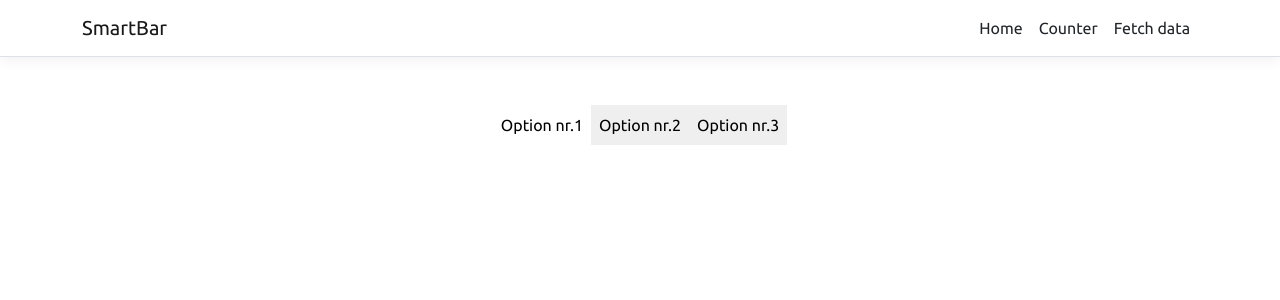
Repository: dropauteriai/SmartBarFrontEnd
Page: /
These files come from the project's save history. The page is drawn as it stood at one moment and after a run of saves; the edit follows.
The browser window is 1280 px wide. The pictures show the whole page.
The page's requests for data from a server got no answer. The project was rebuilt for these pictures with package versions that can differ from the ones it lists, and the page was loaded fresh each time. No one was signed in, and anything a server would have sent is missing. Also part of the build but not shown: src/components/Counter.js, src/components/FetchData.js, src/components/Card.js, src/components/SideBar.js.

Above is the page before, as saved 2023-02-14 05:48:03.

### public/index.html
<!DOCTYPE html>
<html lang="en">
  <head>
    <meta charset="utf-8" />
    <meta
      name="viewport"
      content="width=device-width, initial-scale=1, shrink-to-fit=no"
    />
    <meta name="theme-color" content="#000000" />
    <base href="%PUBLIC_URL%/" />
    <!--
      manifest.json provides metadata used when your web app is added to the
      homescreen on Android. See https://developers.google.com/web/fundamentals/engage-and-retain/web-app-manifest/
    -->
    <link rel="manifest" href="%PUBLIC_URL%/manifest.json" />
    <link rel="shortcut icon" href="%PUBLIC_URL%/favicon.ico" />
    <link
      href="https://fonts.googleapis.com/css2?family=Ubuntu:ital,wght@0,300;0,400;0,500;0,700;1,300;1,400;1,500;1,700&display=swap"
      rel="stylesheet"
    />

    <!--
      Notice the use of %PUBLIC_URL% in the tags above.
      It will be replaced with the URL of the `public` folder during the build.
      Only files inside the `public` folder can be referenced from the HTML.

      Unlike "/favicon.ico" or "favicon.ico", "%PUBLIC_URL%/favicon.ico" will
      work correctly both with client-side routing and a non-root public URL.
      Learn how to configure a non-root public URL by running `npm run build`.
    -->
    <link
      rel="stylesheet"
      href="https://cdnjs.cloudflare.com/ajax/libs/font-awesome/6.2.1/css/all.min.css"
      integrity="sha512-MV7K8+y+gLIBoVD59lQIYicR65iaqukzvf/nwasF0nqhPay5w/9lJmVM2hMDcnK1OnMGCdVK+iQrJ7lzPJQd1w=="
      crossorigin="anonymous"
      referrerpolicy="no-referrer"
    />
    <title>SmartBar</title>
  </head>
  <body>
    <noscript> You need to enable JavaScript to run this app. </noscript>
    <div id="root"></div>
    <!--
      This HTML file is a template.
      If you open it directly in the browser, you will see an empty page.

      You can add webfonts, meta tags, or analytics to this file.
      The build step will place the bundled scripts into the <body> tag.

      To begin the development, run `npm start` or `yarn start`.
      To create a production bundle, use `npm run build` or `yarn build`.
    -->
  </body>
</html>

### src/index.js
import 'bootstrap/dist/css/bootstrap.css';
import React from 'react';
import { createRoot } from 'react-dom/client';
import { BrowserRouter } from 'react-router-dom';
import App from './App';
//import * as serviceWorkerRegistration from './serviceWorkerRegistration';
import reportWebVitals from './reportWebVitals';

const baseUrl = document.getElementsByTagName('base')[0].getAttribute('href');
const rootElement = document.getElementById('root');
const root = createRoot(rootElement);

root.render(
  <BrowserRouter basename={baseUrl}>
    <App />
  </BrowserRouter>);

// If you want your app to work offline and load faster, you can change
// unregister() to register() below. Note this comes with some pitfalls.
// Learn more about service workers: https://cra.link/PWA
//serviceWorkerRegistration.unregister();

// If you want to start measuring performance in your app, pass a function
// to log results (for example: reportWebVitals(console.log))
// or send to an analytics endpoint. Learn more: https://bit.ly/CRA-vitals
reportWebVitals();

### src/App.js
import React, { Component } from 'react';
import { Route, Routes } from 'react-router-dom';
import AppRoutes from './AppRoutes';
import { Layout } from './components/Layout';
import './custom.css';
import './css/bootstrap.css';

export default class App extends Component {
  static displayName = App.name;

  render() {
    return (
      <Layout>
        <Routes>
          {AppRoutes.map((route, index) => {
            const { element, ...rest } = route;
            return <Route key={index} {...rest} element={element} />;
          })}
        </Routes>
      </Layout>
    );
  }
}

### src/custom.css
/* Provide sufficient contrast against white background */
* {
  font-family: "Ubuntu", sans-serif;
}

### src/components/Home.js
import React, { Component } from "react";
import { Container, Col } from "react-bootstrap";
import Card from "./Card.js";
import SideBar from "./SideBar.js";
import Row from "react-bootstrap/Row";
import Popup from "./Popup.js";

export class Home extends Component {
  static displayName = Home.name;

  constructor(props) {
    super(props);
    this.state = { tables: [], loading: true };
  }

  componentDidMount() {
    this.populateTableData();
  }

  static renderTableList(tables) {
    return (
      <Row xs={1} md={2}>
        {tables.map((table, index, tables) => {
          <Card name={table.name} id={table.id} />;
        })}
      </Row>
    );
  }
  render() {
    // let contents = this.state.loading ? (
    //   <p>
    //     <em>Loading...</em>
    //   </p>
    // ) : (
    //   (contents = this.renderTableList(this.state.tables))
    // );
    let contents;
    if (this.state.loading) {
      contents = (
        <p>
          <em>Loading...</em>
        </p>
      );
    } else {
      contents = Home.renderTableList(this.state.tables);
      console.log(contents);
    }

    return (
      <div className="row p-4">
        {this.state.tables.map((table, index) => (
          <Card name={table.name} />
        ))}
        <Popup/>
      </div>
    );
  }

  async populateTableData() {
    const response = await fetch("https://localhost:5001/Table");
    const data = await response.json();
    this.setState({ tables: data, loading: false });
  }
}

### src/components/NavMenu.js
import React, { Component } from 'react';
import { Collapse, Navbar, NavbarBrand, NavbarToggler, NavItem, NavLink } from 'reactstrap';
import { Link } from 'react-router-dom';
import './NavMenu.css';

export class NavMenu extends Component {
  static displayName = NavMenu.name;

  constructor (props) {
    super(props);

    this.toggleNavbar = this.toggleNavbar.bind(this);
    this.state = {
      collapsed: true
    };
  }

  toggleNavbar () {
    this.setState({
      collapsed: !this.state.collapsed
    });
  }

  render() {
    return (
      <header>
        <Navbar className="navbar-expand-sm navbar-toggleable-sm ng-white border-bottom box-shadow mb-3" container light>
          <NavbarBrand tag={Link} to="/">SmartBar</NavbarBrand>
          <NavbarToggler onClick={this.toggleNavbar} className="mr-2" />
          <Collapse className="d-sm-inline-flex flex-sm-row-reverse" isOpen={!this.state.collapsed} navbar>
            <ul className="navbar-nav flex-grow">
              <NavItem>
                <NavLink tag={Link} className="text-dark" to="/">Home</NavLink>
              </NavItem>
              <NavItem>
                <NavLink tag={Link} className="text-dark" to="/counter">Counter</NavLink>
              </NavItem>
              <NavItem>
                <NavLink tag={Link} className="text-dark" to="/fetch-data">Fetch data</NavLink>
              </NavItem>
            </ul>
          </Collapse>
        </Navbar>
      </header>
    );
  }
}

### src/components/Popup.js
import React from 'react';

export default function Popup () {
    return (
        <div className="d-inline-flex p-2 align-items-center justify-content-center">
            <button className="p-2 border-0 align-items-center justify-content-center bg-white">Option nr.1</button>
            <button className="p-2 border-0 align-items-center justify-content-center">Option nr.2</button>
            <button className="p-2 border-0 align-items-center justify-content-center">Option nr.3</button>
        </div>
    );
}

Loaded but not shown: src/reportWebVitals.js (common file); src/AppRoutes.js (common file); src/components/Layout.js (common file); src/css/bootstrap.css (library); src/components/NavMenu.css (common file)

After the next 2 saves:
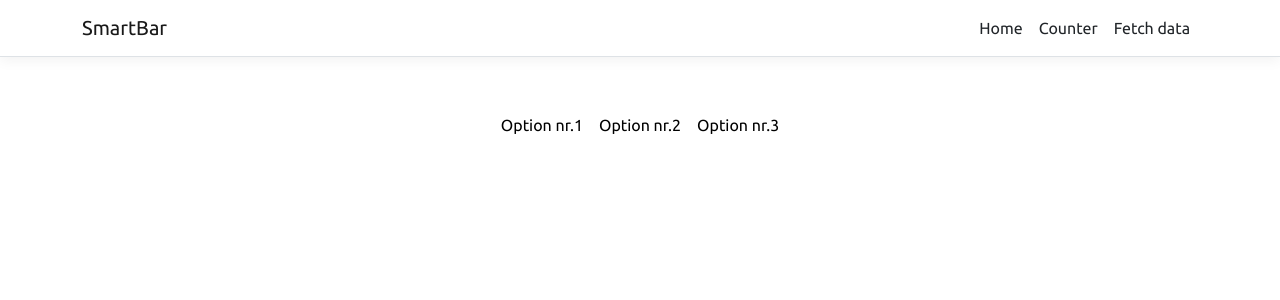
The 2 saves are shown as one change because they came seconds apart.
The last was saved 7 s later.
--- a/src/components/Popup.js
+++ b/src/components/Popup.js
@@ -4,8 +4,8 @@ export default function Popup () {
     return (
         <div className="d-inline-flex p-2 align-items-center justify-content-center">
             <button className="p-2 border-0 align-items-center justify-content-center bg-white">Option nr.1</button>
-            <button className="p-2 border-0 align-items-center justify-content-center">Option nr.2</button>
-            <button className="p-2 border-0 align-items-center justify-content-center">Option nr.3</button>
+            <button className="p-2 border-0 align-items-center justify-content-center bg-white">Option nr.2</button>
+            <button className="p-2 border-0 align-items-center justify-content-center bg-white">Option nr.3</button>
         </div>
     );
 }
